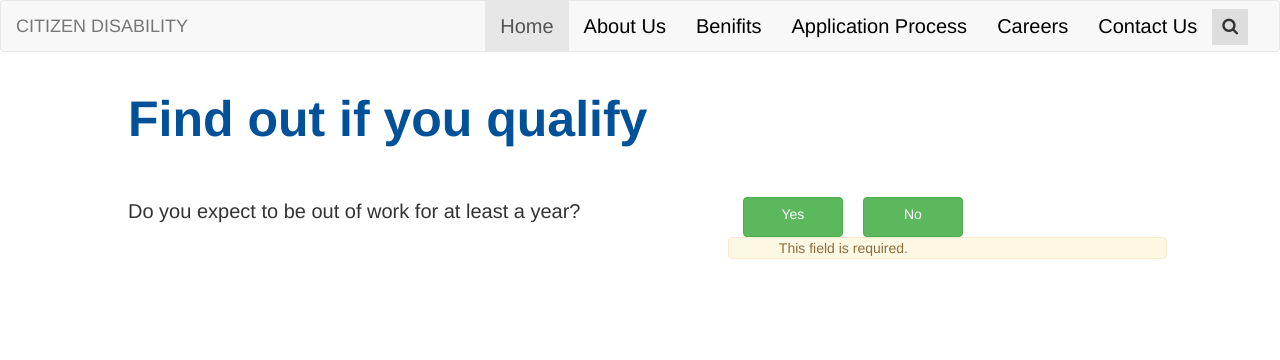
Repository: welcome0605/Embed-html-integrate-with-API
Page: Home.html
The author's editor kept a copy of each file at every save. The page is drawn from the files as they stood at one save, then again after the next save.
The browser window is 1280 px wide. The pictures show the whole page.

Above is the page before, as saved 2019-04-27 15:35:13.

After the next save:
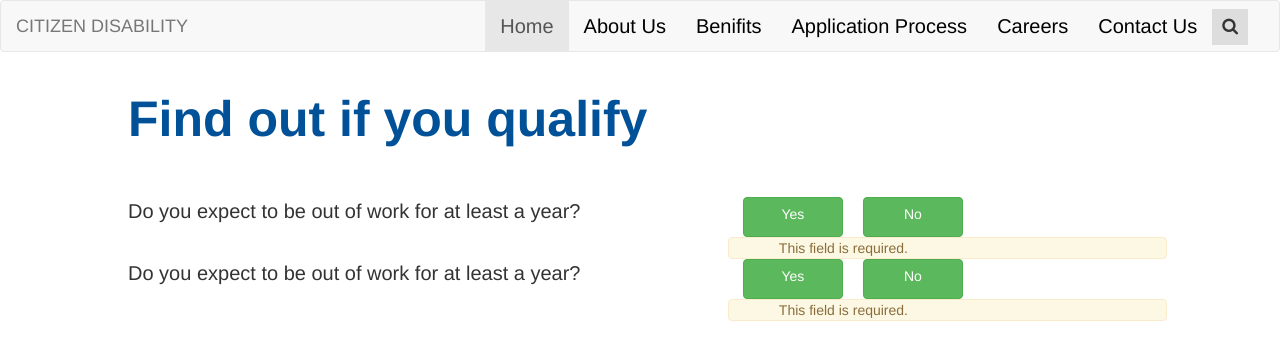
Saved 33 s later.
--- a/Home.html
+++ b/Home.html
@@ -51,7 +51,22 @@
             This field is required.
           </div>
         </div>
-
+      </div>
+      <div class="row radio_buttons" >
+        <div class="row">
+          <div class="col-md-6 div_label">Do you expect to be out of work for at least a year?</div>
+          <div class="col-md-1"></div>
+          <div class="col-md-5 btn-group-toggle" data-toggle="buttons">
+            <label class="btn btn-success radio_q"><input type="radio"  value="Yes"  class="form_input valid" >Yes</label>
+            <label class="btn btn-success radio_q"><input type="radio"  value="No"  class="form_input valid" >No</label>
+          </div>
+        </div>
+        <div class="row">
+          <div class="col-md-7"></div>
+          <div class="alert alert-warning col-md-5 alert1">
+            This field is required.
+          </div>
+        </div>
       </div>
       <!-- <input type="submit" value="Submit"> -->
     <!-- </div> -->
